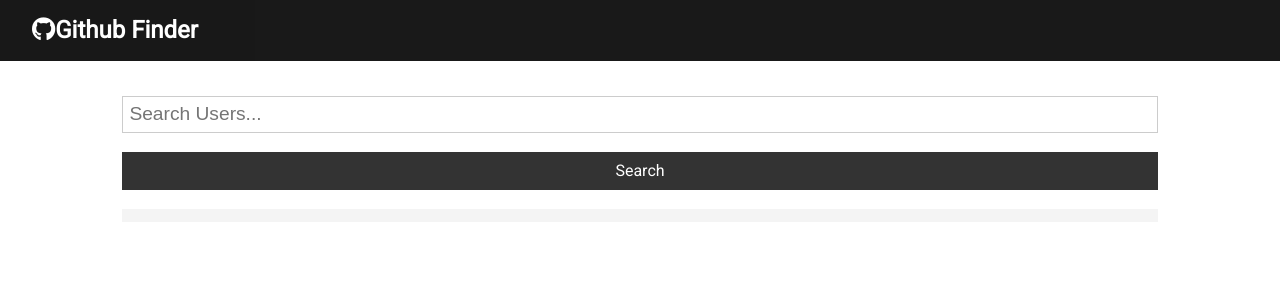
Repository: messimacky/github-finder
Page: /
An editor plug-in stored every save of this project. The page is shown before and after the next save, followed by the edit.
The browser window is 1280 px wide. The pictures show the whole page.
Some web libraries are served in a nearby version. The project was rebuilt for these pictures with package versions that can differ from the ones it lists, and the page was loaded fresh each time. Also part of the build but not shown: src/users/UserItem.js, src/components/layout/Spinner.js.

Above is the page before, as saved 2022-02-23 15:06:11.

### public/index.html
<!DOCTYPE html>
<html lang="en">
  <head>
    <meta charset="utf-8" />
    <link rel="icon" href="%PUBLIC_URL%/favicon.ico" />
    <meta name="viewport" content="width=device-width, initial-scale=1" />
    <meta name="theme-color" content="#000000" />
    <meta
      name="description"
      content="Web site created using create-react-app"
    />
    <link rel="apple-touch-icon" href="%PUBLIC_URL%/logo192.png" />

    <link rel="manifest" href="%PUBLIC_URL%/manifest.json" />

    <link
    rel="stylesheet"
    href="https://use.fontawesome.com/releases/v5.8.2/css/all.css"
    integrity="sha384-oS3vJWv+0UjzBfQzYUhtDYW+Pj2yciDJxpsK1OYPAYjqT085Qq/1cq5FLXAZQ7Ay"
    crossorigin="anonymous"
  />

    <title>React App</title>
  </head>
  <body>
    <noscript>You need to enable JavaScript to run this app.</noscript>
    <div id="root"></div>
  </body>
</html>

### src/App.js
import React, { Component, Fragment } from 'react';
import Navbar from './components/layout/Navbar';
import axios from 'axios';
import Users from './users/Users';
import Search from './users/Search';
import './App.css';


class App extends React.Component {
  state = {
    users: [],
    loading: false
  }

  // async componentDidMount() {
  //   this.setState({ loading: true });

  //   const res = await axios.get(
  //     `https://api.github.com/users?client_id=$
  //   {process.env.REACT_APP_GITHUB_CLIENT_ID
  //   }&client_secret=${process.env.REACT_APP_GITHUB_CLIENT_SECRET}`
  //   );

  //   this.setState({ users: res.data, loading: false });
  // }

  //Search Github users
  searchUsers = async text => {
    this.setState({ loading: true })

    const res = await axios.get(
      `https://api.github.com/search/users?q=${text}&client_id=${process.env.REACT_APP_GITHUB_CLIENT_ID
      }&client_secret=${process.env.REACT_APP_GITHUB_CLIENT_SECRET}`
    );

    this.setState({ users: res.data.items, loading: false });
  };

  render() {
    const numbers = [1, 2, 3, 4];
    return (
      <div className='App'>
        <Navbar />
        <div className="container">
          <Search searchUsers={this.searchUsers} />
          <Users loading={this.state.loading} users={this.state.users} />
        </div>
      </div>
    );
  }


}

export default App;

### src/components/layout/Navbar.js
import React from 'react'
import PropTypes from 'prop-types';


const Navbar= ({icon, title}) =>{
    return (
      <nav className='navbar bg-primary'>
      <h1>
      <i className={icon} />
      {title}

      </h1>
       </nav>
    );
  }

Navbar.defaultProps={
    title: "Github Finder",
    icon:"fab fa-github"
  }

Navbar.propTypes = {
    title:PropTypes.string.isRequired,
    icon:PropTypes.string.isRequired
};
export default Navbar

### src/users/Users.js
import React from 'react'
import UserItem from './UserItem';
import Spinner from '../components/layout/Spinner';
import PropTypes from 'prop-types';

const Users = ({ users, loading }) => {
    if (loading) {
        return <Spinner />
    } else {
        return (
            <div style={userStyle}>
                {users.map(user => (
                    <UserItem key={user.id} user={user} />
                ))}
            </div>
        );
    }

}
Users.propTypes = {
    users: PropTypes.array.isRequired,
    loading: PropTypes.bool.isRequired
}




const userStyle = {
    display: 'grid',
    gridTemplateColumns: 'repeat(3, 1fr)',
    gridGap: '1rem'
}

export default Users

### src/users/Search.js
import React, { Component } from 'react'
import PropTypes from 'prop-types';

export class Search extends Component {
    state = {
        text: ''
    };
    static propTypes = {
        searchUsers: PropTypes.func.isRequired
    };

    onSubmit = (e) => {
        e.preventDefault();
        this.props.searchUsers(this.state.text);
        this.setState({ text: '' });
    }


    onChange = (e) => this.setState({ [e.target.name]: e.target.value });

    render() {
        return (
            <div>
                <form onSubmit={this.onSubmit} className='form'>
                    <input
                        type='text'
                        name='text'
                        placeholder='Search Users...'
                        value={this.state.text}
                        onChange={this.onChange}
                    />
                    <input
                        type='submit'
                        value='Search'
                        className='btn btn-dark btn-block' />
                </form>
                <button className="btn btn-light btn-block" onClick={this.props.clearUsers}></button>
            </div>
        )
    }
}

export default Search

### src/App.css
@import url("https://fonts.googleapis.com/css?family=Roboto");

/* Global Styles */
:root {
  --primary-color: black;
  --dark-color: #333333;
  --light-color: #f4f4f4;
  --danger-color: #dc3545;
  --success-color: #28a745;
}

* {
  box-sizing: border-box;
  margin: 0;
  padding: 0;
}

body {
  font-family: "Roboto", sans-serif;
  font-size: 1rem;
  line-height: 1.6;
  background-color: #fff;
  color: #333;
}

a {
  color: var(--primary-color);
  text-decoration: none;
}

a:hover {
  color: #666;
}

ul {
  list-style: none;
}

img {
  width: 100%;
}

/* Utilities */
.container {
  max-width: 1100px;
  margin: auto;
  overflow: hidden;
  padding: 0 2rem;
}

/* Text Styles*/
.x-large {
  font-size: 4rem;
  line-height: 1.2;
  margin-bottom: 1rem;
}

.large {
  font-size: 3rem;
  line-height: 1.2;
  margin-bottom: 1rem;
}

.lead {
  font-size: 1.5rem;
  margin-bottom: 1rem;
}

.text-center {
  text-align: center;
}

.text-primary {
  color: var(--primary-color);
}

.text-dark {
  color: var(--dark-color);
}

.text-success {
  color: var(--success-color);
}

.text-danger {
  color: var(--danger-color);
}

.text-center {
  text-align: center;
}

.text-right {
  text-align: right;
}

.text-left {
  text-align: left;
}

/* Center All */
.all-center {
  display: flex;
  flex-direction: column;
  width: 100%;
  margin: auto;
  justify-content: center;
  align-items: center;
  text-align: center;
}

/* Cards */
.card {
  padding: 1rem;
  border: #ccc 1px dotted;
  margin: 0.7rem 0;
}

/* List */
.list {
  margin: 0.5rem 0;
}

.list li {
  padding-bottom: 0.3rem;
}

/* Padding */
.p {
  padding: 0.5rem;
}
.p-1 {
  padding: 1rem;
}
.p-2 {
  padding: 2rem;
}
.p-3 {
  padding: 3rem;
}
.py {
  padding: 0.5rem 0;
}
.py-1 {
  padding: 1rem 0;
}
.py-2 {
  padding: 2rem 0;
}
.py-3 {
  padding: 3rem 0;
}

/* Margin */
.m {
  margin: 0.5rem;
}
.m-1 {
  margin: 1rem;
}
.m-2 {
  margin: 2rem;
}
.m-3 {
  margin: 3rem;
}
.my {
  margin: 0.5rem 0;
}
.my-1 {
  margin: 1rem 0;
}
.my-2 {
  margin: 2rem 0;
}
.my-3 {
  margin: 3rem 0;
}

/* Grid */
.grid-2 {
  display: grid;
  grid-template-columns: repeat(2, 1fr);
  grid-gap: 1rem;
}

.grid-3 {
  display: grid;
  grid-template-columns: repeat(3, 1fr);
  grid-gap: 1rem;
}

.grid-4 {
  display: grid;
  grid-template-columns: repeat(4, 1fr);
  grid-gap: 1rem;
}

.btn {
  display: inline-block;
  background: var(--light-color);
  color: #333;
  padding: 0.4rem 1.3rem;
  font-size: 1rem;
  border: none;
  cursor: pointer;
  margin-right: 0.5rem;
  transition: opacity 0.2s ease-in;
  outline: none;
}

.btn-link {
  background: none;
  padding: 0;
  margin: 0;
}

.btn-block {
  display: block;
  width: 100%;
}

.btn-sm {
  font-size: 0.8rem;
  padding: 0.3rem 1rem;
  margin-right: 0.2rem;
}

.badge {
  display: inline-block;
  font-size: 0.8rem;
  padding: 0.2rem 0.7rem;
  text-align: center;
  margin: 0.3rem;
  background: var(--light-color);
  color: #333;
  border-radius: 5px;
}

.alert {
  padding: 0.7rem;
  margin: 1rem 0;
  opacity: 0.9;
  background: var(--light-color);
  color: #333;
}

.btn-primary,
.bg-primary,
.badge-primary,
.alert-primary {
  background: var(--primary-color);
  color: #fff;
}

.btn-light,
.bg-light,
.badge-light,
.alert-light {
  background: var(--light-color);
  color: #333;
}

.btn-dark,
.bg-dark,
.badge-dark,
.alert-dark {
  background: var(--dark-color);
  color: #fff;
}

.btn-danger,
.bg-danger,
.badge-danger,
.alert-danger {
  background: var(--danger-color);
  color: #fff;
}

.btn-success,
.bg-success,
.badge-success,
.alert-success {
  background: var(--success-color);
  color: #fff;
}

.btn-white,
.bg-white,
.badge-white,
.alert-white {
  background: #fff;
  color: #333;
  border: #ccc solid 1px;
}

.btn:hover {
  opacity: 0.8;
}

.bg-light,
.badge-light {
  border: #ccc solid 1px;
}

.round-img {
  border-radius: 50%;
}

/* Forms */
input {
  margin: 1.2rem 0;
}

.form-text {
  display: block;
  margin-top: 0.3rem;
  color: #888;
}

input[type="text"],
input[type="email"],
input[type="password"],
input[type="date"],
select,
textarea {
  display: block;
  width: 100%;
  padding: 0.4rem;
  font-size: 1.2rem;
  border: 1px solid #ccc;
}

input[type="submit"],
button {
  font: inherit;
}

table th,
table td {
  padding: 1rem;
  text-align: left;
}

table th {
  background: var(--light-color);
}

/* Navbar */
.navbar {
  display: flex;
  justify-content: space-between;
  align-items: center;
  padding: 0.7rem 2rem;
  z-index: 1;
  width: 100%;
  opacity: 0.9;
  margin-bottom: 1rem;
}

.navbar ul {
  display: flex;
}

.navbar a {
  color: #fff;
  padding: 0.45rem;
  margin: 0 0.25rem;
}

.navbar a:hover {
  color: var(--light-color);
}

.navbar .welcome span {
  margin-right: 0.6rem;
}

/* Mobile Styles */
@media (max-width: 700px) {
  .hide-sm {
    display: none;
  }

  .grid-2,
  .grid-3,
  .grid-4 {
    grid-template-columns: 1fr;
  }

  /* Text Styles */
  .x-large {
    font-size: 3rem;
  }

  .large {
    font-size: 2rem;
  }

  .lead {
    font-size: 1rem;
  }

  /* Navbar */
  .navbar {
    display: block;
    text-align: center;
  }

  .navbar ul {
    text-align: center;
    justify-content: center;
  }
}

Loaded but not shown: src/index.js (common file)

After the next save:
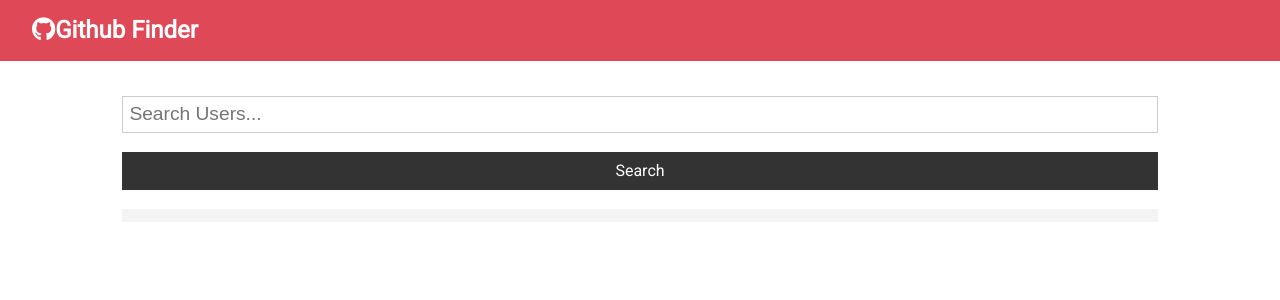
Saved 4 min 24 s later.
--- a/src/App.css
+++ b/src/App.css
@@ -2,7 +2,7 @@
 
 /* Global Styles */
 :root {
-  --primary-color: black;
+  --primary-color: #dc3545;;
   --dark-color: #333333;
   --light-color: #f4f4f4;
   --danger-color: #dc3545;
